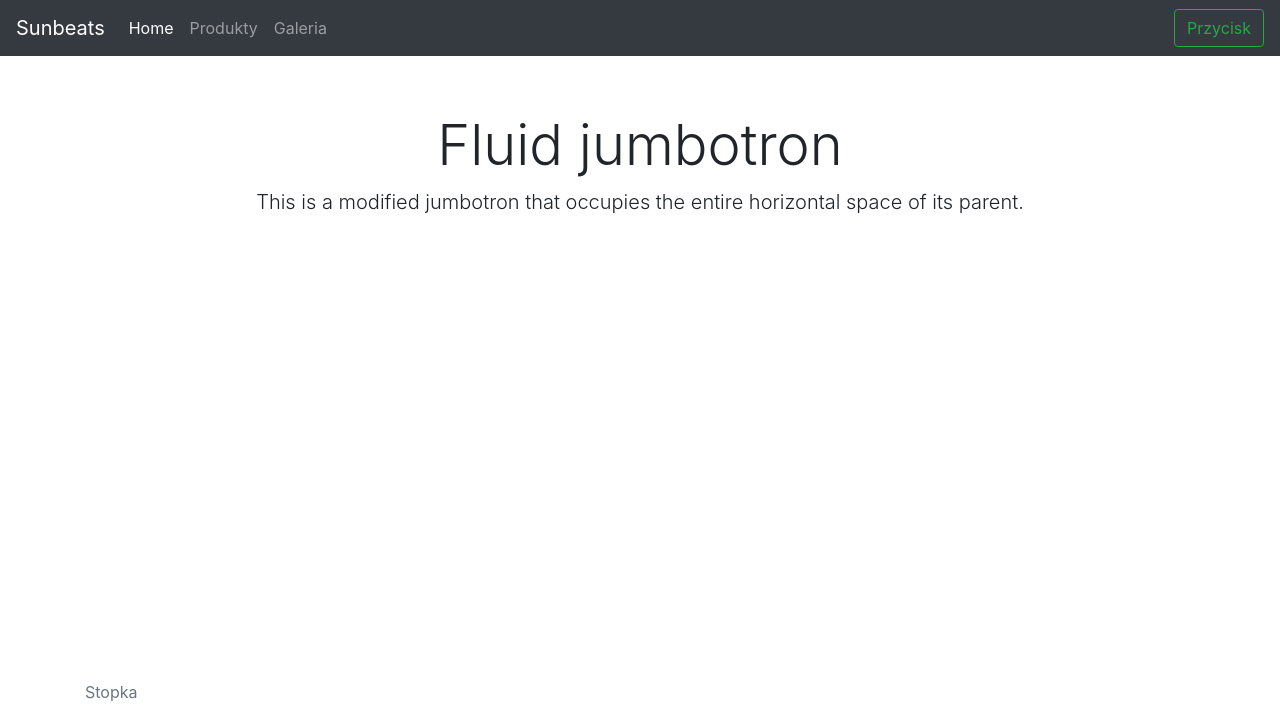
Repository: Audio-site/sunbeats
Page: index.html
The author's editor kept a copy of each file at every save. The page is drawn from the files as they stood at one save, then again after the next save.
The browser window is 1280 px wide. The pictures show the whole page.

Above is the page before, as saved 2020-08-25 00:29:01.

After the next save:
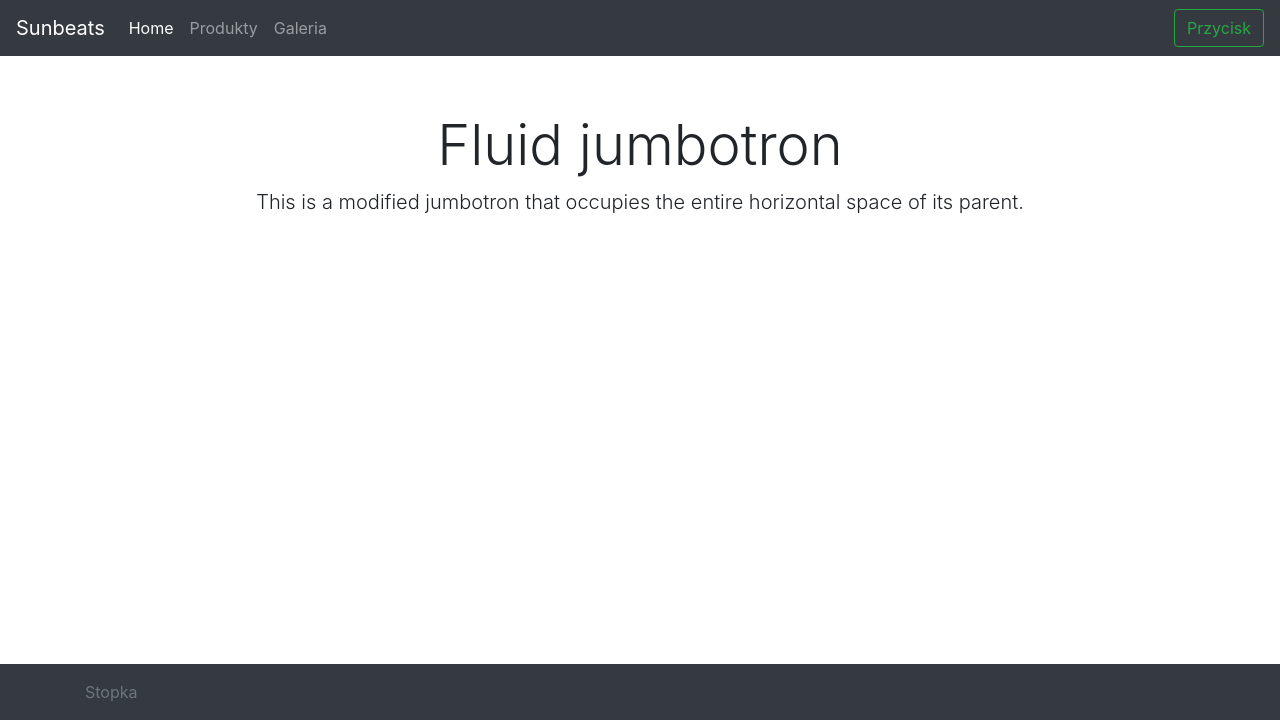
Saved 15 s later.
--- a/index.html
+++ b/index.html
@@ -50,7 +50,7 @@
 </main>
 
 
-<footer class="footer mt-auto py-3 ">
+<footer class="footer mt-auto py-3 bg-dark">
   <div class="container">
     <span class="text-muted">Stopka</span>
   </div>

After the save that followed:
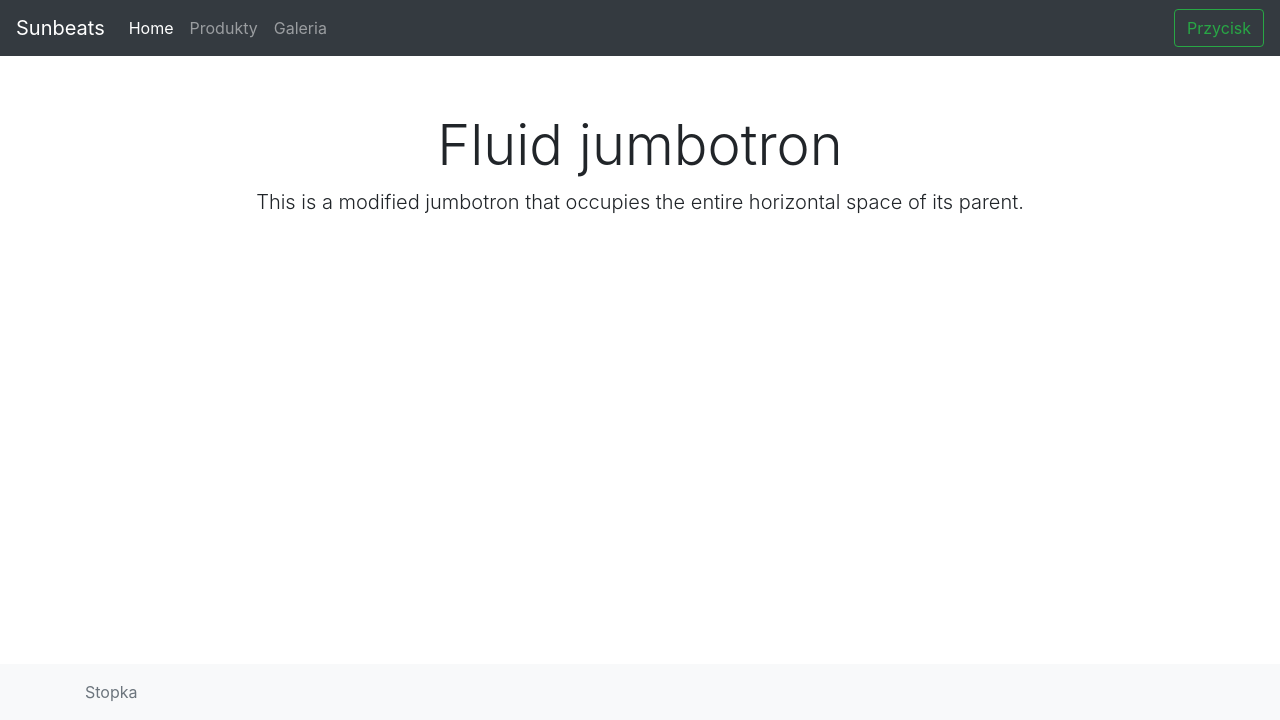
Saved 45 s later.
--- a/index.html
+++ b/index.html
@@ -50,7 +50,7 @@
 </main>
 
 
-<footer class="footer mt-auto py-3 bg-dark">
+<footer class="footer mt-auto py-3 bg-light">
   <div class="container">
     <span class="text-muted">Stopka</span>
   </div>
